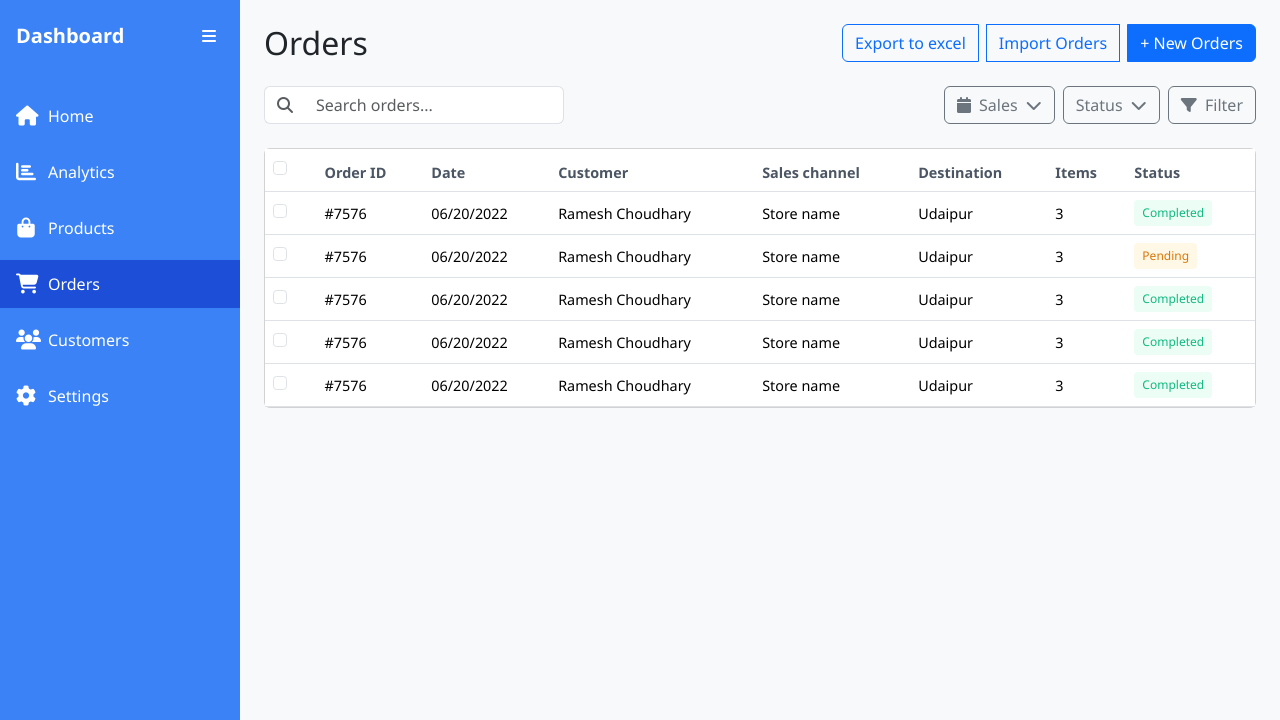
Repository: AditiAjitSalvi/Inventory_Managment
Page: Inventory_Managment_System/Inventory/src/main/webapp/Order.html
An editor plug-in stored every save of this project. The page is shown before and after the next save, followed by the edit.
The browser window is 1280 px wide. The pictures show the whole page.

Above is the page before, as saved 2025-05-22 16:07:14.
Console error: TypeError: Cannot read properties of null (reading 'getContext')

### Inventory_Managment_System/Inventory/src/main/webapp/Order.html

<!DOCTYPE html>
<html lang="en">
<head>
<meta charset="UTF-8">
<meta name="viewport" content="width=device-width, initial-scale=1.0">
<title>Orders</title>
<!-- Bootstrap CSS -->
<link
	href="https://cdn.jsdelivr.net/npm/bootstrap@5.3.2/dist/css/bootstrap.min.css"
	rel="stylesheet">
<!-- Font Awesome for icons -->
<link rel="stylesheet"
	href="https://cdnjs.cloudflare.com/ajax/libs/font-awesome/6.4.2/css/all.min.css">
<!-- Custom CSS -->
<style>
/* Main Layout */
body {
	margin: 0;
	padding: 0;
	background-color: #f8f9fa;
	font-family: 'Segoe UI', Tahoma, Geneva, Verdana, sans-serif;
}

.dashboard-container {
	display: flex;
	min-height: 100vh;
}

/* Sidebar Styles */
.sidebar {
	width: 240px;
	background-color: #3b82f6; /* Blue 600 equivalent */
	color: white;
	transition: all 0.3s ease-in-out;
	display: flex;
	flex-direction: column;
}

.sidebar.collapsed {
	width: 64px;
}

.sidebar-header {
	display: flex;
	justify-content: space-between;
	align-items: center;
	padding: 16px;
}

.sidebar-title {
	font-size: 1.25rem;
	font-weight: bold;
	margin: 0;
}

.sidebar-toggle {
	background: transparent;
	border: none;
	color: white;
	cursor: pointer;
	padding: 8px;
}

.sidebar-toggle:hover {
	background-color: rgba(255, 255, 255, 0.1);
	border-radius: 4px;
}

.sidebar-menu {
	display: flex;
	flex-direction: column;
	padding-top: 16px;
}

.sidebar-link {
	display: flex;
	align-items: center;
	padding: 12px 16px;
	text-decoration: none;
	color: white;
	margin: 4px 0;
	transition: background-color 0.2s;
}

.sidebar-link:hover {
	background-color: #2563eb; /* Blue 700 equivalent */
	color: white;
}

.sidebar-link.active {
	background-color: #1d4ed8; /* Blue 800 equivalent */
	color: white;
}

.sidebar-link i {
	font-size: 1.25rem;
	width: 20px;
	text-align: center;
}

.sidebar-link .link-text {
	margin-left: 12px;
	white-space: nowrap;
}

.sidebar.collapsed .sidebar-title, .sidebar.collapsed .link-text {
	display: none;
}

/* Main Content */
.main-content {
	flex: 1;
	padding: 24px;
	overflow-y: auto;
}

/* Stat Cards */
.stat-card {
	border-radius: 8px;
	border: 1px solid rgba(0, 0, 0, 0.125);
	box-shadow: 0 1px 3px rgba(0, 0, 0, 0.1);
}

.stat-icon {
	font-size: 1.25rem;
	color: #6b7280; /* Text muted equivalent */
}

.stat-title {
	font-size: 0.875rem;
	color: #6b7280; /* Text muted equivalent */
	margin-bottom: 4px;
}

.stat-value {
	font-size: 1.5rem;
	font-weight: bold;
	margin: 0;
}

/* Chart Container */
.chart-container {
	height: 320px;
	width: 100%;
}

/* Product Visualization */
.product-visualization {
	height: 256px;
	background-color: #312e81; /* Indigo 950 equivalent */
	border-radius: 50%;
}

/* Status Badges */
.status {
	padding: 4px 8px;
	border-radius: 4px;
	font-size: 0.75rem;
	font-weight: 500;
	display: inline-block;
	text-align: center;
}

.status.pending {
	background-color: #fff8e6;
	color: #d97706; /* Amber 500 equivalent */
}

.status.urgent {
	background-color: #fef2f2;
	color: #ef4444; /* Red 500 equivalent */
}

.status.completed {
	background-color: #ecfdf5;
	color: #10b981; /* Green 500 equivalent */
}

/* Orders Page Styles */
.orders-container {
	max-width: 100%;
	margin: 0 auto;
}

.search-wrapper {
	width: 300px;
}

.order-table {
	font-size: 0.9rem;
}

.order-table th {
	font-weight: 600;
	color: #4b5563;
	border-bottom-width: 1px;
}

.order-table td {
	vertical-align: middle;
}

.order-table .form-check {
	margin: 2;
}

/* Responsive Adjustments */
@media ( max-width : 768px) {
	.sidebar {
		width: 64px;
	}
	.sidebar .sidebar-title, .sidebar .link-text {
		display: none;
	}
	.main-content {
		padding: 16px;
	}
	.orders-container .btn-group {
		display: flex;
		flex-direction: column;
	}
	.orders-container .btn-group .btn {
		margin-bottom: 8px;
		margin-right: 0 !important;
	}
	.search-wrapper {
		width: 100%;
		margin-bottom: 16px;
	}
}
.action-buttons {
    position: absolute;
    right: 50px;
    top: 150px;
    display: flex;
    gap: 10px;
    align-items: center;
}

@media ( max-width : 992px) {
	.orders-container .d-flex {
		flex-direction: column;
	}
	.orders-container .d-flex .btn {
		margin-bottom: 8px;
	}
}
.card:hover {
  transform: translateY(-5px);
  box-shadow: 0 10px 20px rgba(0, 0, 0, 0.1);
  transition: 0.3s ease;
}

</style>
</head>
<body>
	<div class="dashboard-container">
		<!-- Sidebar -->
		<div class="sidebar" id="sidebar">
			<div class="sidebar-header">
				<h2 class="sidebar-title">Dashboard</h2>
				<button class="btn sidebar-toggle" id="sidebarToggle">
					<i class="fa fa-bars"></i>
				</button>
			</div>
			<div class="sidebar-menu">
				<a href="index.html" class="sidebar-link"> <i class="fa fa-home"></i>
					<span class="link-text">Home</span>
				</a> <a href="#" class="sidebar-link"> <i class="fa fa-chart-bar"></i>
					<span class="link-text">Analytics</span>
				</a> <a href="#" class="sidebar-link"> <i class="fa fa-shopping-bag"></i>
					<span class="link-text">Products</span>
				</a> <a href="orders.html" class="sidebar-link active"> <i
					class="fa fa-shopping-cart"></i> <span class="link-text">Orders</span>
				</a> <a href="#" class="sidebar-link"> <i class="fa fa-users"></i> <span
					class="link-text">Customers</span>
				</a> <a href="#" class="sidebar-link"> <i class="fa fa-cog"></i> <span
					class="link-text">Settings</span>
				</a>
			</div>
		</div>

		<!-- Main Content -->
		<div class="main-content">
			<div class="orders-container">
				<div class="d-flex justify-content-between align-items-center mb-4">
					<h2 class="m-0">Orders</h2>
					<div class="btn-group">
						<button class="btn btn-outline-primary me-2">Export to
							excel</button>
						<button class="btn btn-outline-primary me-2">Import
							Orders</button>
						<button class="btn btn-primary">+ New Orders</button>
					</div>
				</div>

				<div class="d-flex justify-content-between align-items-center mb-4">
					<div class="search-wrapper">
						<div class="input-group">
							<span class="input-group-text bg-white border-end-0"> <i
								class="fa fa-search text-muted"></i>
							</span> <input type="text" class="form-control border-start-0"
								placeholder="Search orders...">
						</div>
					</div>
					<div class="d-flex">
						<button class="btn btn-outline-secondary me-2">
							<i class="fa fa-calendar me-1"></i> <span>Sales</span> <i
								class="fa fa-chevron-down ms-1"></i>
						</button>
						<button class="btn btn-outline-secondary me-2">
							<span>Status</span> <i class="fa fa-chevron-down ms-1"></i>
						</button>
						<button class="btn btn-outline-secondary">
							<i class="fa fa-filter me-1"></i> <span>Filter</span>
						</button>
					</div>
				</div>
				<div class="d-flex action-buttons">
    <button class="btn btn-outline-primary me-2">
        <i class="fa fa-edit me-1"></i> <span>Update</span>
    </button>
    <button class="btn btn-outline-danger">
        <i class="fa fa-trash me-1"></i> <span>Delete</span>
    </button>
</div>



				<div class="card">
					<div class="card-body p-0">
						<div class="table-responsive">
							<table class="table order-table mb-0">
								<thead>
									<tr>
										<th>
											<div class="form-check">
												<input class="form-check-input" type="checkbox"
													id="selectAll"> <label class="form-check-label"
													for="selectAll"></label>
											</div>
										</th>
										<th>Order ID</th>
										<th>Date</th>
										<th>Customer</th>
										<th>Sales channel</th>
										<th>Destination</th>
										<th>Items</th>
										<th>Status</th>
									</tr>
								</thead>
								<tbody>
									<tr>
										<td>
											<div class="form-check">
												<input class="form-check-input" type="checkbox"> <label
													class="form-check-label"></label>
											</div>
										</td>
										<td>#7576</td>
										<td>06/20/2022</td>
										<td>Ramesh Choudhary</td>
										<td>Store name</td>
										<td>Udaipur</td>
										<td>3</td>
										<td><span class="status completed">Completed</span></td>
									</tr>
									<tr>
										<td>
											<div class="form-check">
												<input class="form-check-input" type="checkbox"> <label
													class="form-check-label"></label>
											</div>
										</td>
										<td>#7576</td>
										<td>06/20/2022</td>
										<td>Ramesh Choudhary</td>
										<td>Store name</td>
										<td>Udaipur</td>
										<td>3</td>
										<td><span class="status pending">Pending</span></td>
									</tr>
									<tr>
										<td>
											<div class="form-check">
												<input class="form-check-input" type="checkbox"> <label
													class="form-check-label"></label>
											</div>
										</td>
										<td>#7576</td>
										<td>06/20/2022</td>
										<td>Ramesh Choudhary</td>
										<td>Store name</td>
										<td>Udaipur</td>
										<td>3</td>
										<td><span class="status completed">Completed</span></td>
									</tr>
									<tr>
										<td>
											<div class="form-check">
												<input class="form-check-input" type="checkbox"> <label
													class="form-check-label"></label>
											</div>
										</td>
										<td>#7576</td>
										<td>06/20/2022</td>
										<td>Ramesh Choudhary</td>
										<td>Store name</td>
										<td>Udaipur</td>
										<td>3</td>
										<td><span class="status completed">Completed</span></td>
									</tr>
									<tr>
										<td>
											<div class="form-check">
												<input class="form-check-input" type="checkbox"> <label
													class="form-check-label"></label>
											</div>
										</td>
										<td>#7576</td>
										<td>06/20/2022</td>
										<td>Ramesh Choudhary</td>
										<td>Store name</td>
										<td>Udaipur</td>
										<td>3</td>
										<td><span class="status completed">Completed</span></td>
									</tr>
								</tbody>
							</table>
						</div>
					</div>
				</div>
			</div>
		</div>
	</div>

	<!-- Bootstrap Bundle with Popper -->
	<script
		src="https://cdn.jsdelivr.net/npm/bootstrap@5.3.2/dist/js/bootstrap.bundle.min.js"></script>
	<!-- Custom JS -->

	<script>
 // Wait for the DOM to be fully loaded
    document.addEventListener('DOMContentLoaded', function() {
        // Sidebar toggle functionality
        const sidebarToggle = document.getElementById('sidebarToggle');
        const sidebar = document.getElementById('sidebar');

        sidebarToggle.addEventListener('click', function() {
            sidebar.classList.toggle('collapsed');
        });

        // Check if we're on mobile
        function checkMobile() {
            if (window.innerWidth < 768) {
                sidebar.classList.add('collapsed');
            } else {
                sidebar.classList.remove('collapsed');
            }
        }

        // Initial check
        checkMobile();

        // Listen for window resize
        window.addEventListener('resize', checkMobile);

        // Initialize Sales Chart
        const salesChartCtx = document.getElementById('salesChart').getContext('2d');
        const salesChart = new Chart(salesChartCtx, {
            type: 'bar',
            data: {
                labels: ['Jan', 'Feb', 'Mar', 'Apr'],
                datasets: [
                    {
                        label: 'Previous',
                        data: [65, 75, 85, 90],
                        backgroundColor: '#FFD700', // Gold color
                    },
                    {
                        label: 'Current',
                        data: [80, 65, 70, 75],
                        backgroundColor: '#6366F1', // Indigo color
                    }
                ]
            },
            options: {
                responsive: true,
                maintainAspectRatio: false,
                scales: {
                    y: {
                        beginAtZero: true,
                        grid: {
                            drawBorder: false,
                            color: 'rgba(200, 200, 200, 0.2)',
                        }
                    },
                    x: {
                        grid: {
                            display: false
                        }
                    }
                },
                plugins: {
                    legend: {
                        position: 'top',
                    }
                }
            }
        });
    });
    document.addEventListener('DOMContentLoaded', function() {
        // Select all checkbox functionality
        const selectAllCheckbox = document.getElementById('selectAll');
        if (selectAllCheckbox) {
            selectAllCheckbox.addEventListener('change', function() {
                const checkboxes = document.querySelectorAll('table .form-check-input');
                checkboxes.forEach(checkbox => {
                    checkbox.checked = selectAllCheckbox.checked;
                });
            });
        }

        // Individual checkbox change handler
        const checkboxes = document.querySelectorAll('table .form-check-input:not(#selectAll)');
        checkboxes.forEach(checkbox => {
            checkbox.addEventListener('change', function() {
                const allChecked = Array.from(checkboxes).every(cb => cb.checked);
                const someChecked = Array.from(checkboxes).some(cb => cb.checked);

                if (selectAllCheckbox) {
                    selectAllCheckbox.checked = allChecked;
                    selectAllCheckbox.indeterminate = someChecked && !allChecked;
                }
            });
        });

        // Search functionality
        const searchInput = document.querySelector('.search-wrapper input');
        if (searchInput) {
            searchInput.addEventListener('input', function() {
                const searchText = searchInput.value.toLowerCase();
                const rows = document.querySelectorAll('tbody tr');

                rows.forEach(row => {
                    const text = row.textContent.toLowerCase();
                    if (text.includes(searchText)) {
                        row.style.display = '';
                    } else {
                        row.style.display = 'none';
                    }
                });
            });
        }
    });
    </script>
</body>
</html>

After the next save:
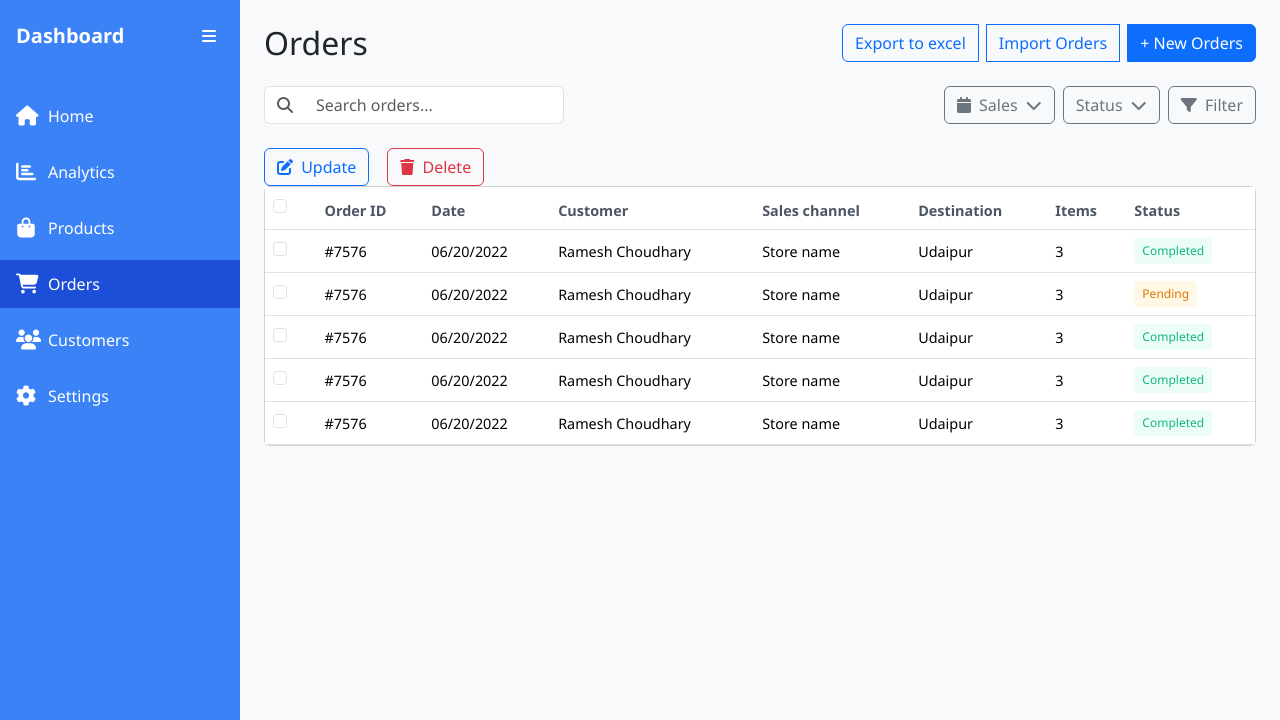
Saved 27 s later.
--- a/Inventory_Managment_System/Inventory/src/main/webapp/Order.html
+++ b/Inventory_Managment_System/Inventory/src/main/webapp/Order.html
@@ -230,14 +230,8 @@ body {
 	}
 }
 .action-buttons {
-    position: absolute;
-    right: 50px;
-    top: 150px;
-    display: flex;
-    gap: 10px;
-    align-items: center;
-}
-
+    position: absolute; right: 20px;    top: 150px; display: flex;    gap: 10px;
+}
 @media ( max-width : 992px) {
 	.orders-container .d-flex {
 		flex-direction: column;
@@ -317,15 +311,14 @@ body {
 						</button>
 					</div>
 				</div>
-				<div class="d-flex action-buttons">
-    <button class="btn btn-outline-primary me-2">
-        <i class="fa fa-edit me-1"></i> <span>Update</span>
-    </button>
-    <button class="btn btn-outline-danger">
-        <i class="fa fa-trash me-1"></i> <span>Delete</span>
-    </button>
-</div>
-
+				<div class="d-flex" style=" right: 50px;    top: 150px; display: flex;    gap: 10px;">
+					<button class="btn btn-outline-primary me-2">
+						<i class="fa fa-edit me-1"></i> <span>Update</span>
+					</button>
+					<button class="btn btn-outline-danger">
+						<i class="fa fa-trash me-1"></i> <span>Delete</span>
+					</button>
+				</div>
 
 
 				<div class="card">
